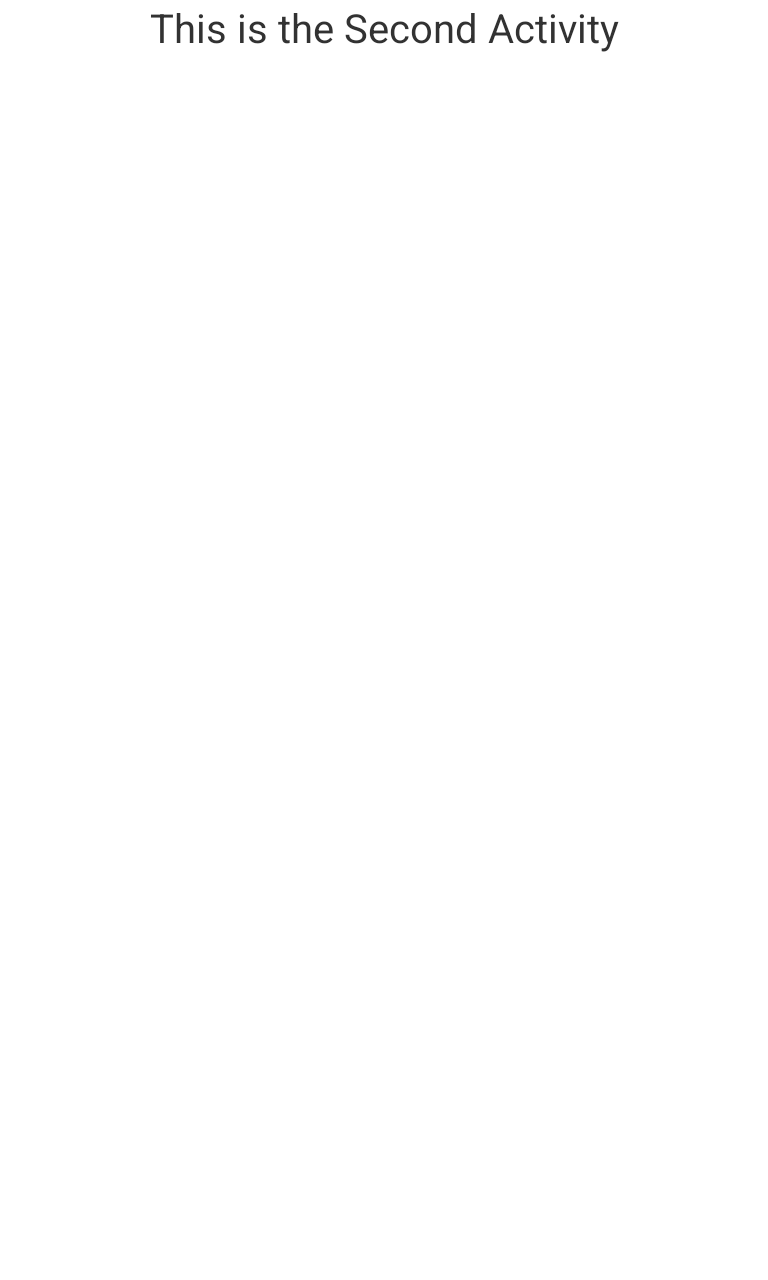
Repository: fsoDannis/workspace
Layout: findIt_3/res/layout/second.xml
These files come from the project's save history. The layout is drawn as it stood at one moment and after the next save; the edit follows.
It is drawn on a 768 x 1280 px phone screen (xhdpi) without system bars, with theme AppTheme; the app's code is not run.

Above is the layout before, as saved 2013-02-01 03:17:15.

After the next save:
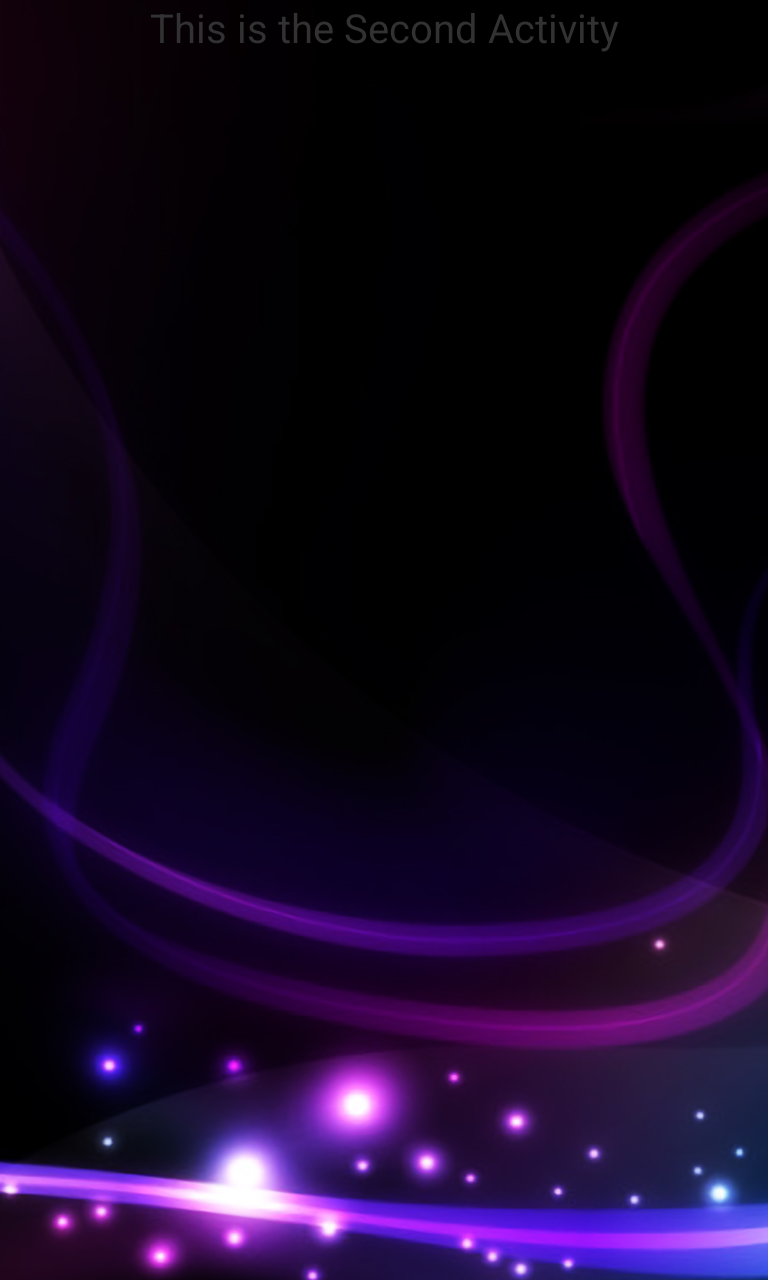
Saved 3 min 58 s later.
--- a/findIt_3/res/layout/second.xml
+++ b/findIt_3/res/layout/second.xml
@@ -2,7 +2,8 @@
 <LinearLayout xmlns:android="http://schemas.android.com/apk/res/android"
     android:layout_width="match_parent"
     android:layout_height="match_parent"
-    android:orientation="vertical" >
+    android:orientation="vertical"
+    android:background="@drawable/background2">
 
     <TextView
         android:id="@+id/textView1"
